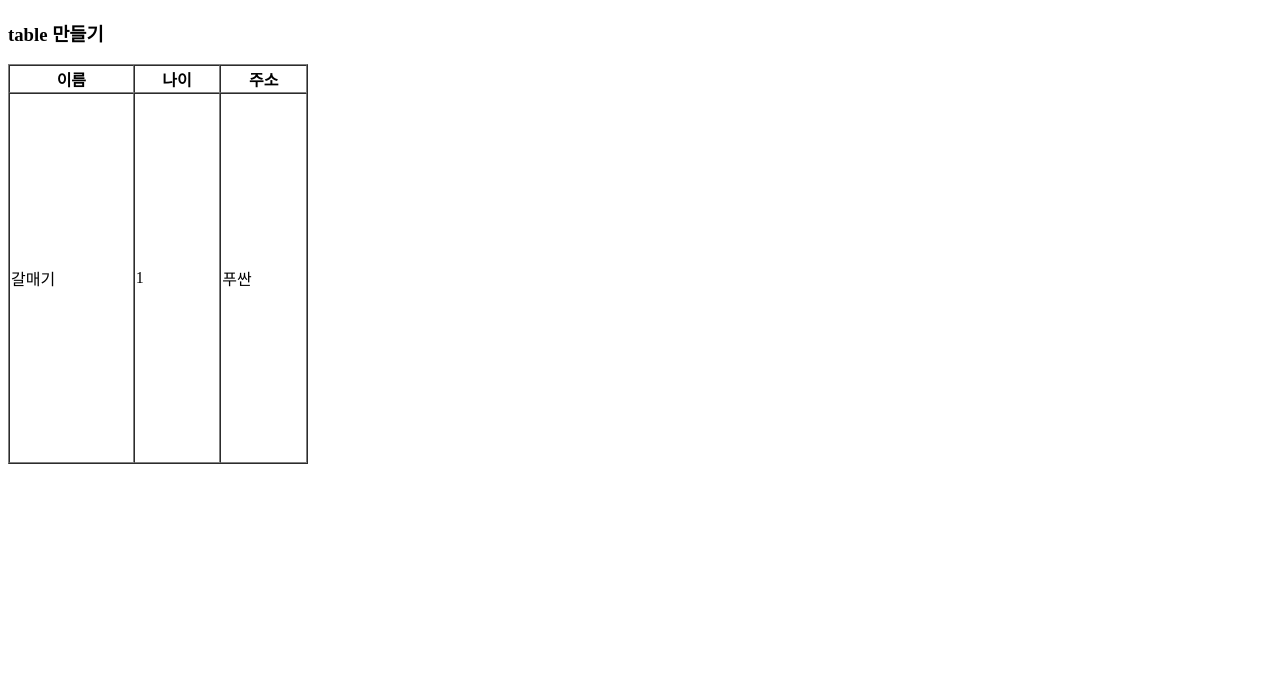
Repository: JeongHyeongKim/practice_myself
Page: Si_basic/WebProject/setp01_HTMLCS/WebContent/HTML/ex03_tableTag.html
The author's editor kept a copy of each file at every save. The page is drawn from the files as they stood at one save, then again after the next save.
The browser window is 1280 px wide. The pictures show the whole page.

Above is the page before, as saved 2019-04-22 04:29:10.

### Si_basic/WebProject/setp01_HTMLCS/WebContent/HTML/ex03_tableTag.html
<!DOCTYPE html>
<html>
	<head>
		<meta charset="UTF-8">
		<title>Table Tag</title>
	</head>
	<body>
		<h3>table 만들기</h3>
		<table border="1" height="400" width="300" cellspacing="0">
			<thead>
				<tr>
					<th>이름</th>
					<th>나이</th>
					<th>주소</th>
				</tr>
			</thead>
			<tbody>
				<tr>
					<td>갈매기</td>
					<td>1</td>
					<td>푸싼</td>
				</tr>
			</tbody>
		</table>
	</body>
</html>

After the next save:
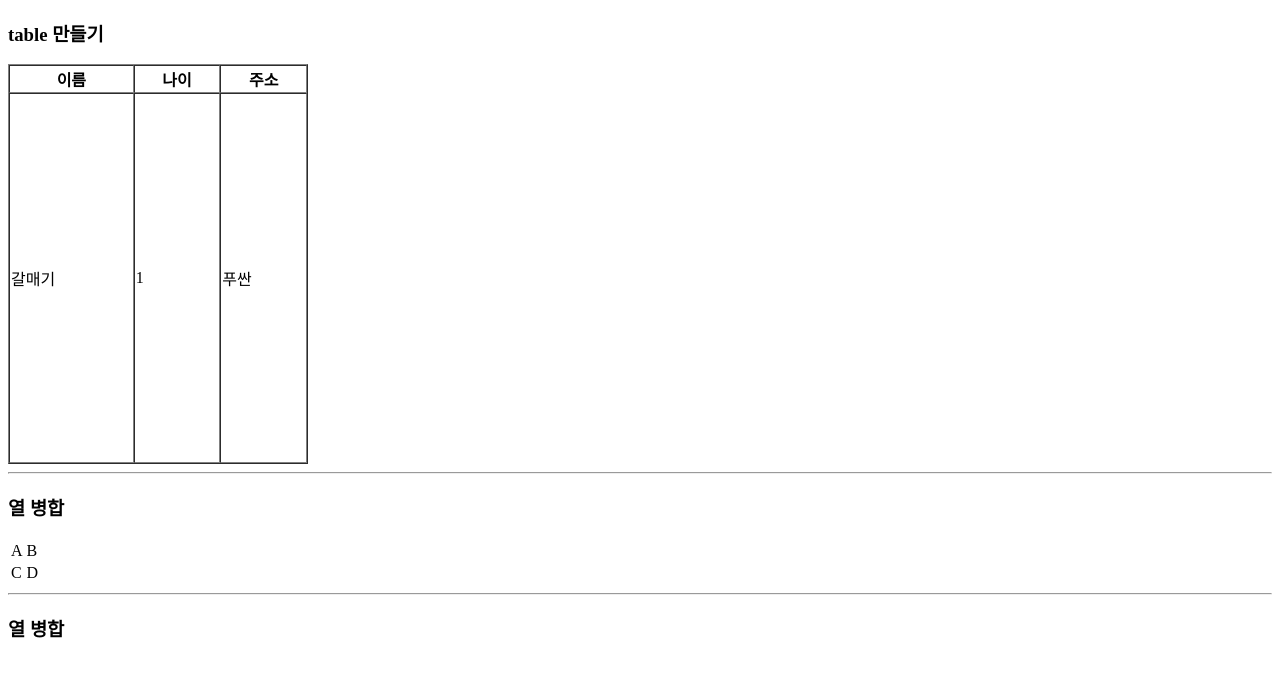
Saved 2 min 19 s later.
--- a/Si_basic/WebProject/setp01_HTMLCS/WebContent/HTML/ex03_tableTag.html
+++ b/Si_basic/WebProject/setp01_HTMLCS/WebContent/HTML/ex03_tableTag.html
@@ -22,5 +22,23 @@
 				</tr>
 			</tbody>
 		</table>
+
+
+		<hr>
+		<h3>열 병합</h3>
+		<table>
+			<tbody>
+				<tr>
+					<td>A</td>
+					<td>B</td>
+				</tr>
+				<tr>
+					<td>C</td>
+					<td>D</td>
+				</tr>
+			</tbody>
+		</table>
+		<hr>
+		<h3>열 병합</h3>
 	</body>
 </html>
